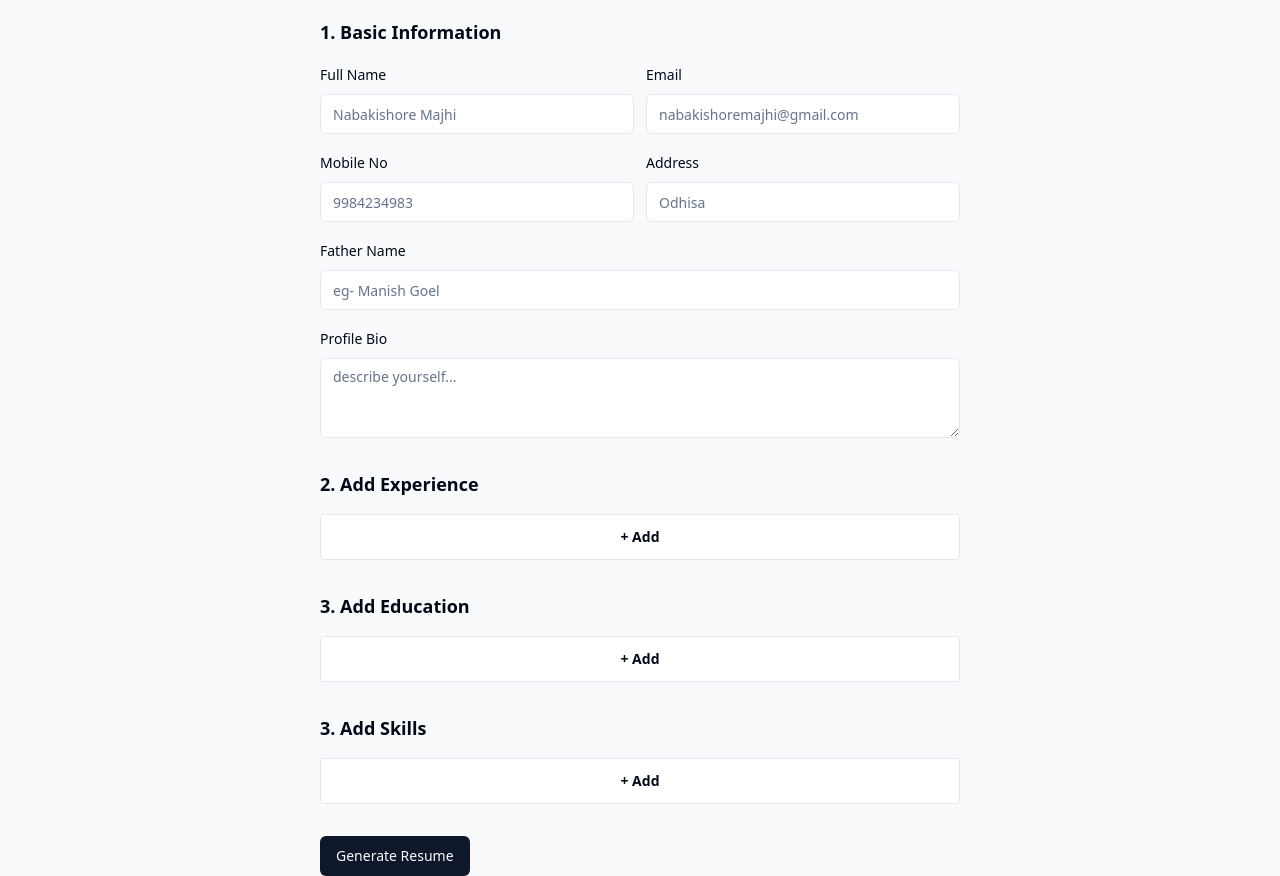
Repository: nickgoel31/resume-maker
Page: /create-resume
An editor plug-in stored every save of this project. The page is shown before and after a run of saves, followed by the edit.
The browser window is 1280 px wide. The pictures show the whole page.
The project was rebuilt for these pictures with package versions that can differ from the ones it lists, and the page was loaded fresh each time. The framework's server and built-in components were replaced by stand-ins that run in the browser. Also part of the build but not shown: next.config.mjs, helpers/conver.ts, actions/generate-resume-pdf.ts.

Above is the page before, as saved 2024-03-22 13:32:52.

After the next 2 saves:
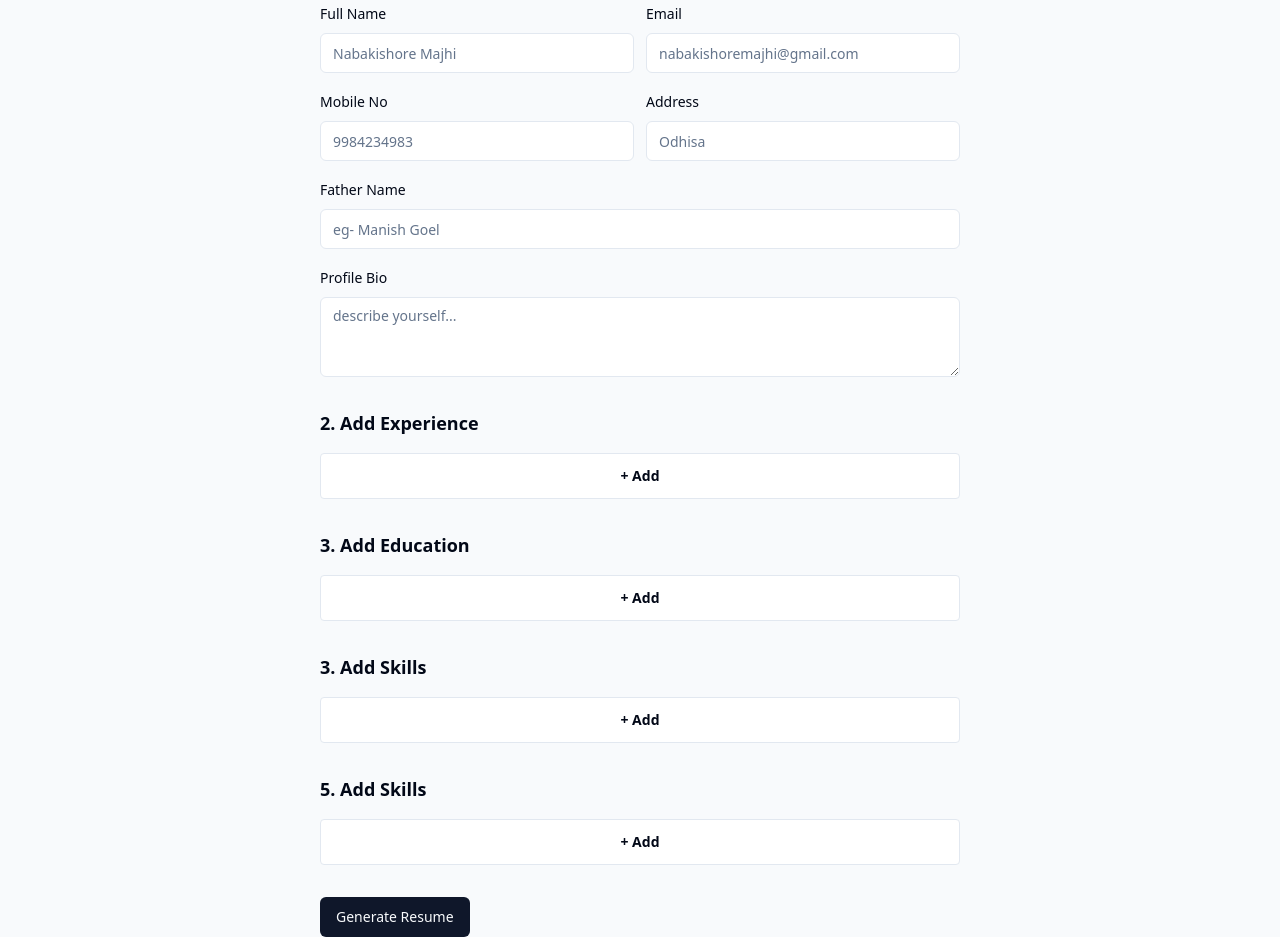
The 2 saves are shown as one change because they came seconds apart.
The last was saved 7 s later.
--- a/app/(main)/create-resume/page.tsx
+++ b/app/(main)/create-resume/page.tsx
@@ -303,6 +303,23 @@ const CreateResumePage = () => {
                 </div>
 
                 {/* SECTION 5 */}
+                <div className="section-1 space-y-4">
+                    <h3 className="text-semibold font-semibold text-lg">5. Add Skills</h3>
+
+                    <div className="grid grid-cols-1 w-full gap-3">
+                        {skills.map((skill, index) => (
+                            <div className="add-btn rounded border p-3 bg-white text-sm font-semibold flex gap-4 items-center flex-wrap justify-between">
+                                <div className="line-clamp-1">
+                                    {skill.name}
+                                </div>
+                                <div>
+                                    <Trash2 size={15} onClick={() => deleteSkill(index)} className="text-red-500 cursor-pointer"/>
+                                </div>
+                            </div>
+                        ))}
+                        <SkillAddBtn onSkillAdd={handleSkillAdd}/>
+                    </div>
+                </div>
 
 
                 <Button type="submit">Generate Resume</Button>
